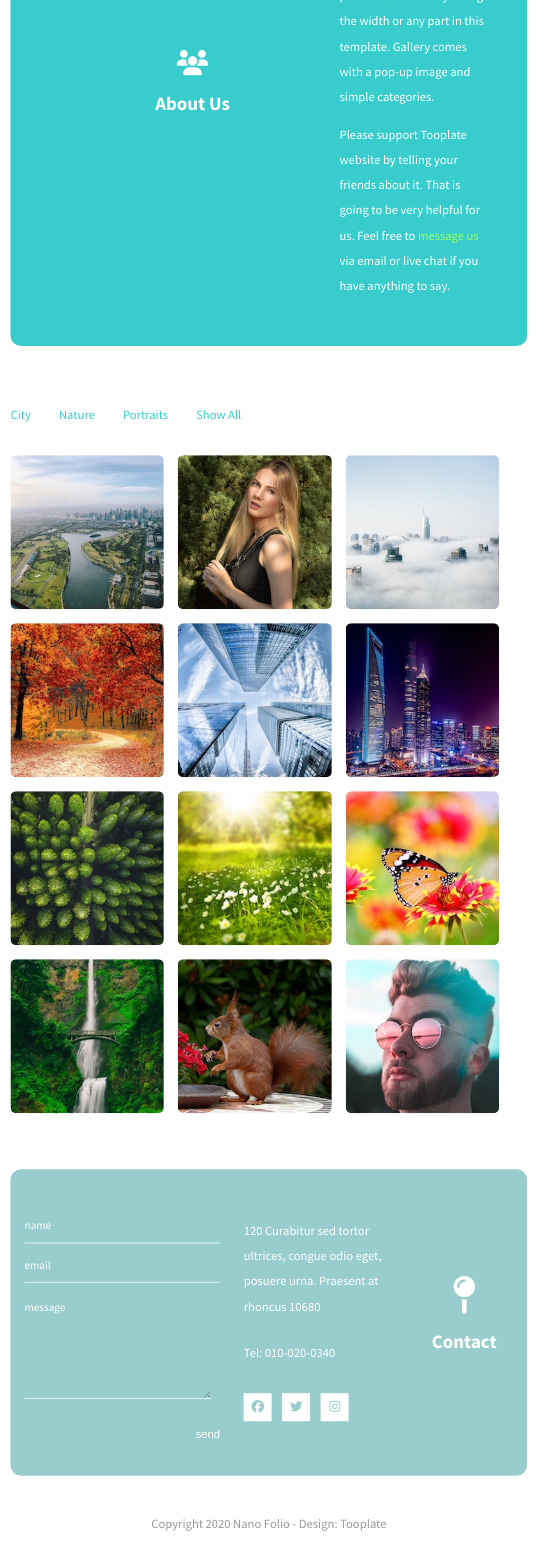
Repository: BuiVanVu102/Tooplate
Page: index.html
These files come from the project's save history. The page is drawn as it stood at one moment and after the next save; the edit follows.
The browser window is 768 px wide. The pictures show the part of the page from y = 815 to 3055 px (the page is 3070 px tall), at 70% of full size.
Some web libraries are served in a nearby version. The style sheet was rebuilt from its Sass, Less or Tailwind sources for each picture, by a compiler version that may differ from the author's.

Above is the page before, as saved 2021-11-17 10:25:37.

After the next save:
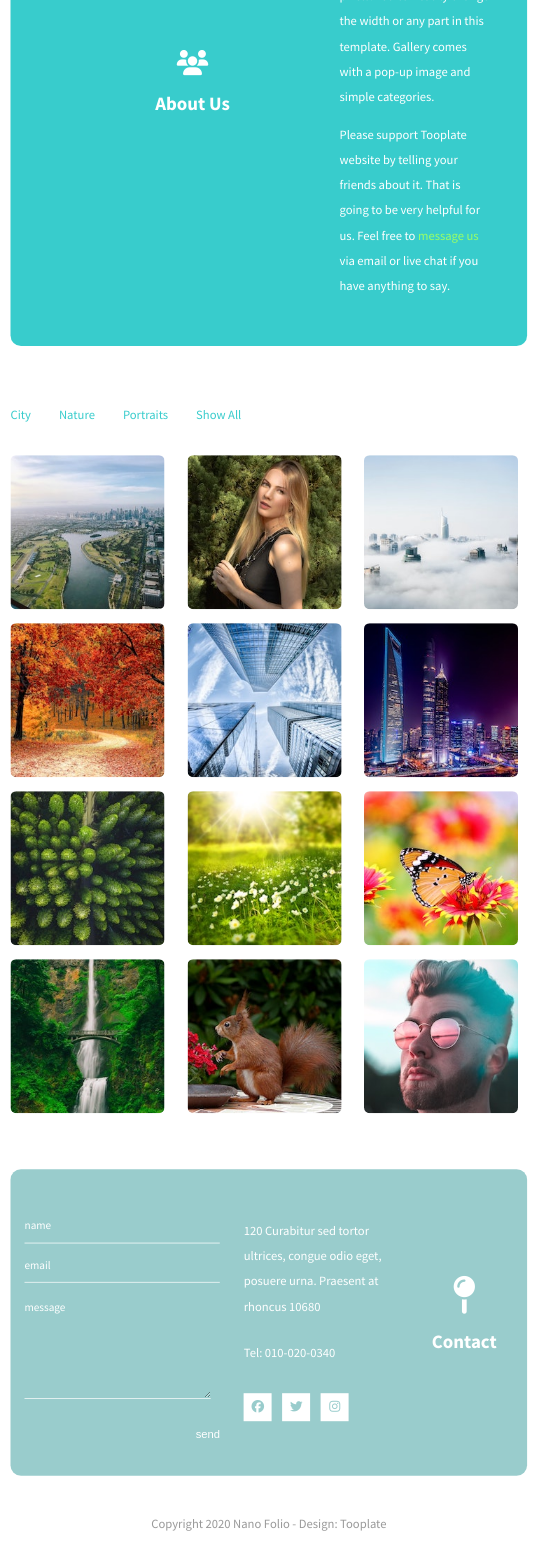
Saved 2 min 10 s later.
--- a/sass/_show.scss
+++ b/sass/_show.scss
@@ -48,7 +48,10 @@
 	.show__list {
 		display: grid;
 		grid-template-columns: repeat(3, 1fr);
-		padding-right: 40px;
+
+	}
+	.menu {
+		margin-right: 36px;
 	}
 
 }
